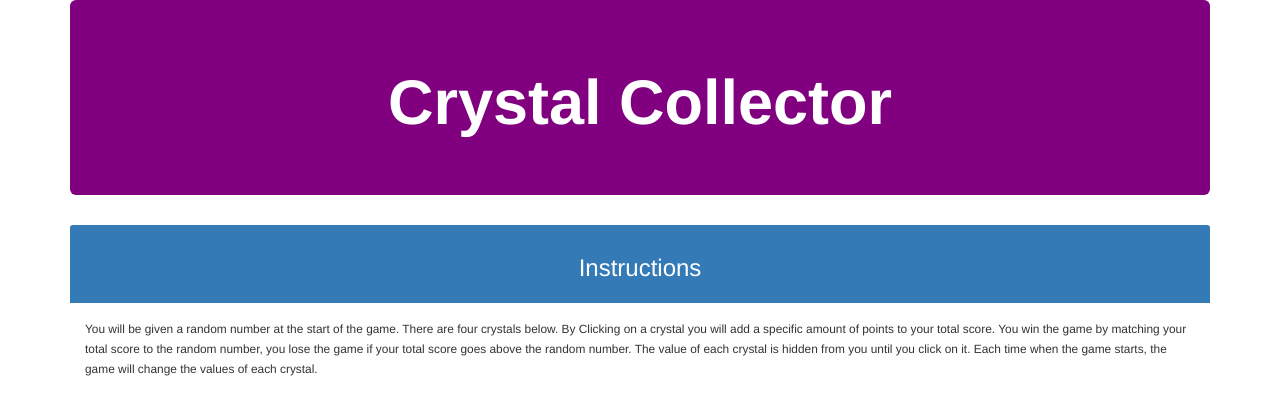
Repository: mikecherry1/week-4-game
Page: index.html
The author's editor kept a copy of each file at every save. The page is drawn from the files as they stood at one save, then again after the next save.
The browser window is 1280 px wide. The pictures show the whole page.

Above is the page before, as saved 2017-11-19 18:24:55.

After the next save:
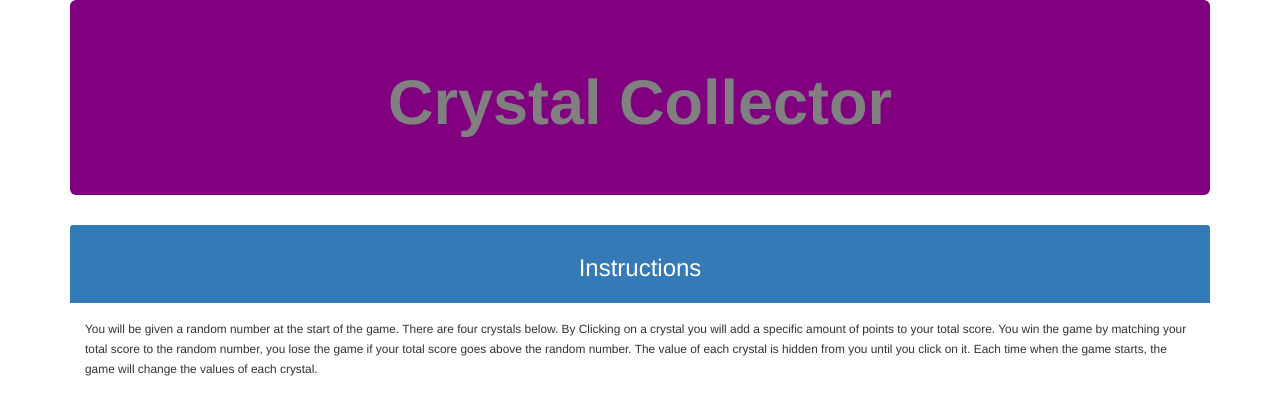
Saved 17 s later.
--- a/index.html
+++ b/index.html
@@ -14,7 +14,7 @@
 
     <div class="container">
 
-        <div class="jumbotron" style= "background-color: purple; color: white;">
+        <div class="jumbotron" style= "background-color: purple; color: grey;">
         <div class="container">
             <h1 class="text-center"><strong>Crystal Collector</strong></h1>
         </div>
